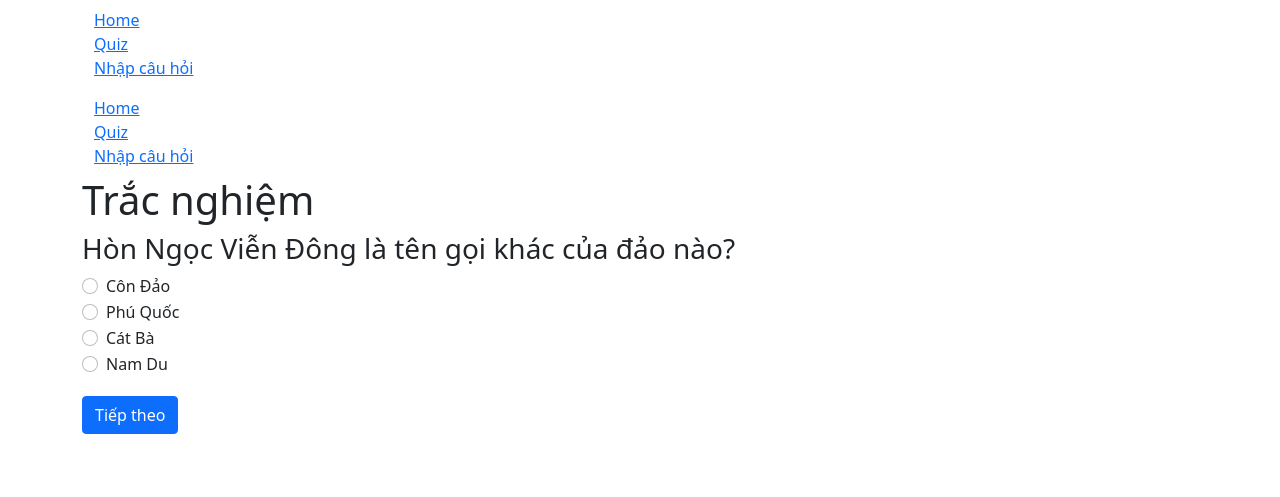
Repository: tran-thien-nhan/quiz_tlln
Page: index.html
The author's editor kept a copy of each file at every save. The page is drawn from the files as they stood at one save, then again after the next save.
The browser window is 1280 px wide. The pictures show the whole page.

Above is the page before, as saved 2023-06-25 10:55:10.

### index.html
<!DOCTYPE html>
<html lang="en">

<head>
    <meta charset="UTF-8">
    <meta name="viewport" content="width=device-width, initial-scale=1.0">
    <title>Trắc nghiệm</title>
    <link rel="stylesheet" href="https://cdnjs.cloudflare.com/ajax/libs/bootstrap/5.0.2/css/bootstrap.min.css">
    <style>
        .question {
            margin-bottom: 20px;
        }
    </style>
</head>

<body>
    <div class="container">
        <nav class="navbar navbar-inverse">
            <div class="container-fluid">
              <ul class="nav navbar-nav">
                <li class="active"><a href="#">Home</a></li>
                <li><a href="index.html">Quiz</a></li>
                <li><a href="nhap_cau_hoi.html">Nhập câu hỏi</a></li>
              </ul>
            </div>
          </nav>
        <nav class="navbar navbar-inverse">
            <div class="container-fluid">
                <ul class="nav navbar-nav">
                    <li class="active"><a href="#">Home</a></li>
                    <li><a href="index.html">Quiz</a></li>
                    <li><a href="nhap_cau_hoi.html">Nhập câu hỏi</a></li>
                </ul>
            </div>
        </nav>
        <h1>Trắc nghiệm</h1>

        <div class="question" id="questionContainer">
            <h3 id="question"></h3>
            <div class="form-check">
                <input class="form-check-input" type="radio" name="answer" id="answer1">
                <label class="form-check-label" for="answer1" id="answerText1"></label>
            </div>
            <div class="form-check">
                <input class="form-check-input" type="radio" name="answer" id="answer2">
                <label class="form-check-label" for="answer2" id="answerText2"></label>
            </div>
            <div class="form-check">
                <input class="form-check-input" type="radio" name="answer" id="answer3">
                <label class="form-check-label" for="answer3" id="answerText3"></label>
            </div>
            <div class="form-check">
                <input class="form-check-input" type="radio" name="answer" id="answer4">
                <label class="form-check-label" for="answer4" id="answerText4"></label>
            </div>
            <span id="result"></span>
        </div>

        <button class="btn btn-primary" id="nextButton">Tiếp theo</button>
        <span id="score"></span>
    </div>

    <script src="https://cdnjs.cloudflare.com/ajax/libs/bootstrap/5.0.2/js/bootstrap.bundle.min.js"></script>
    <script>
        // Đọc câu hỏi từ tệp JSON
        fetch("quest_lib.json")
            .then(response => response.json())
            .then(data => {
                const questions = data.questions;

                let currentQuestionIndex = 0;
                let score = 0;

                const questionContainer = document.getElementById("questionContainer");
                const questionElement = document.getElementById("question");
                const answerTextElements = [
                    document.getElementById("answerText1"),
                    document.getElementById("answerText2"),
                    document.getElementById("answerText3"),
                    document.getElementById("answerText4")
                ];
                const resultElement = document.getElementById("result");
                const nextButton = document.getElementById("nextButton");
                const scoreElement = document.getElementById("score");

                // Xáo trộn câu trả lời
                function shuffleAnswers(answers) {
                    for (let i = answers.length - 1; i > 0; i--) {
                        const j = Math.floor(Math.random() * (i + 1));
                        [answers[i], answers[j]] = [answers[j], answers[i]];
                    }
                    return answers;
                }

                // Cập nhật câu hỏi và câu trả lời
                function updateQuestion() {
                    const question = questions[currentQuestionIndex];
                    const shuffledAnswers = shuffleAnswers(question.choices);

                    questionElement.textContent = question.question;
                    resultElement.textContent = "";

                    for (let i = 0; i < answerTextElements.length; i++) {
                        answerTextElements[i].textContent = shuffledAnswers[i];
                    }
                }

                // Kiểm tra câu trả lời
                function checkAnswer() {
                    const question = questions[currentQuestionIndex];
                    const selectedAnswer = document.querySelector('input[name="answer"]:checked');

                    if (selectedAnswer) {
                        const selectedAnswerText = selectedAnswer.nextElementSibling.textContent;

                        if (selectedAnswerText === question.correctAnswer) {
                            score++;
                            resultElement.textContent = "Correct";
                            resultElement.style.color = "green";
                        } else {
                            resultElement.textContent = "Incorrect";
                            resultElement.style.color = "red";
                        }

                        setTimeout(() => {
                            currentQuestionIndex++;

                            if (currentQuestionIndex < questions.length) {
                                updateQuestion();
                                selectedAnswer.checked = false;
                                nextButton.disabled = true;
                                setTimeout(() => {
                                    nextButton.disabled = false;
                                }, 200);
                            } else {
                                questionContainer.style.display = "none";
                                nextButton.style.display = "none";
                                scoreElement.textContent = `Tổng điểm: ${score}`;
                                scoreElement.style.display = "block";
                            }
                        }, 200);
                    }
                }

                // Xử lý sự kiện khi nhấn nút "Tiếp theo"
                nextButton.addEventListener("click", () => {
                    checkAnswer();
                });

                // Bắt đầu trắc nghiệm
                updateQuestion();
            })
            .catch(error => {
                console.error("Error:", error);
            });
    </script>
</body>

</html>

### quest_lib.json
{
    "questions": [
      {
        "question": "Hòn Ngọc Viễn Đông là tên gọi khác của đảo nào?",
        "choices": [
          "Côn Đảo",
          "Phú Quốc",
          "Nam Du",
          "Cát Bà"
        ],
        "correctAnswer": "Phú Quốc"
      },
      {
        "question": "Ai là vị vua cuối cùng của triều đại Lý?",
        "choices": [
          "Lý Thánh Tông",
          "Lý Cao Tông",
          "Lý Huệ Tông",
          "Lý Nhân Tông"
        ],
        "correctAnswer": "Lý Nhân Tông"
      }
    ]
  }

After the next save:
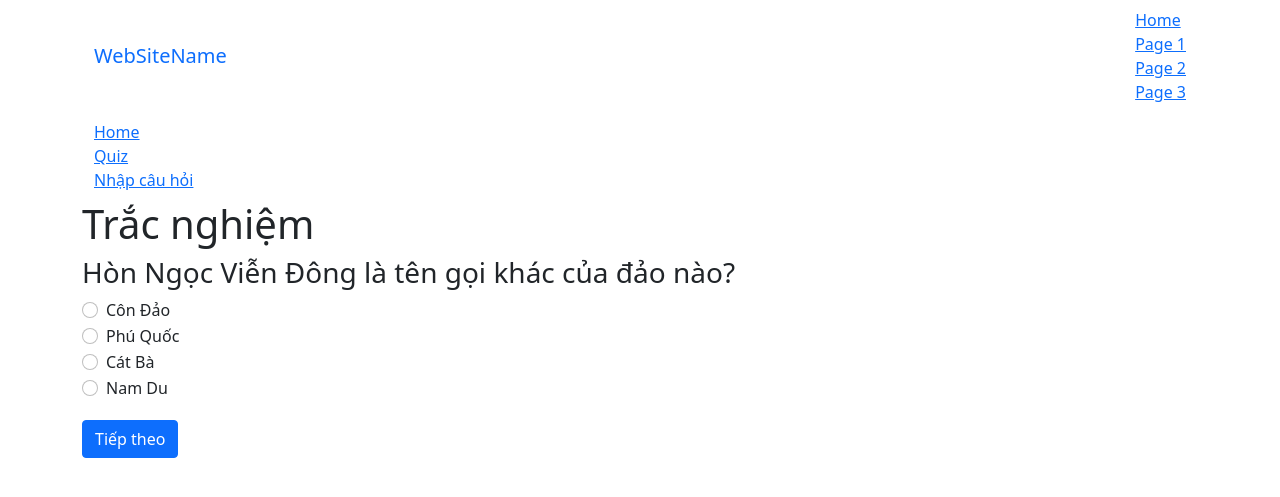
Saved 8 s later.
--- a/index.html
+++ b/index.html
@@ -17,10 +17,14 @@
     <div class="container">
         <nav class="navbar navbar-inverse">
             <div class="container-fluid">
+              <div class="navbar-header">
+                <a class="navbar-brand" href="#">WebSiteName</a>
+              </div>
               <ul class="nav navbar-nav">
                 <li class="active"><a href="#">Home</a></li>
-                <li><a href="index.html">Quiz</a></li>
-                <li><a href="nhap_cau_hoi.html">Nhập câu hỏi</a></li>
+                <li><a href="#">Page 1</a></li>
+                <li><a href="#">Page 2</a></li>
+                <li><a href="#">Page 3</a></li>
               </ul>
             </div>
           </nav>
